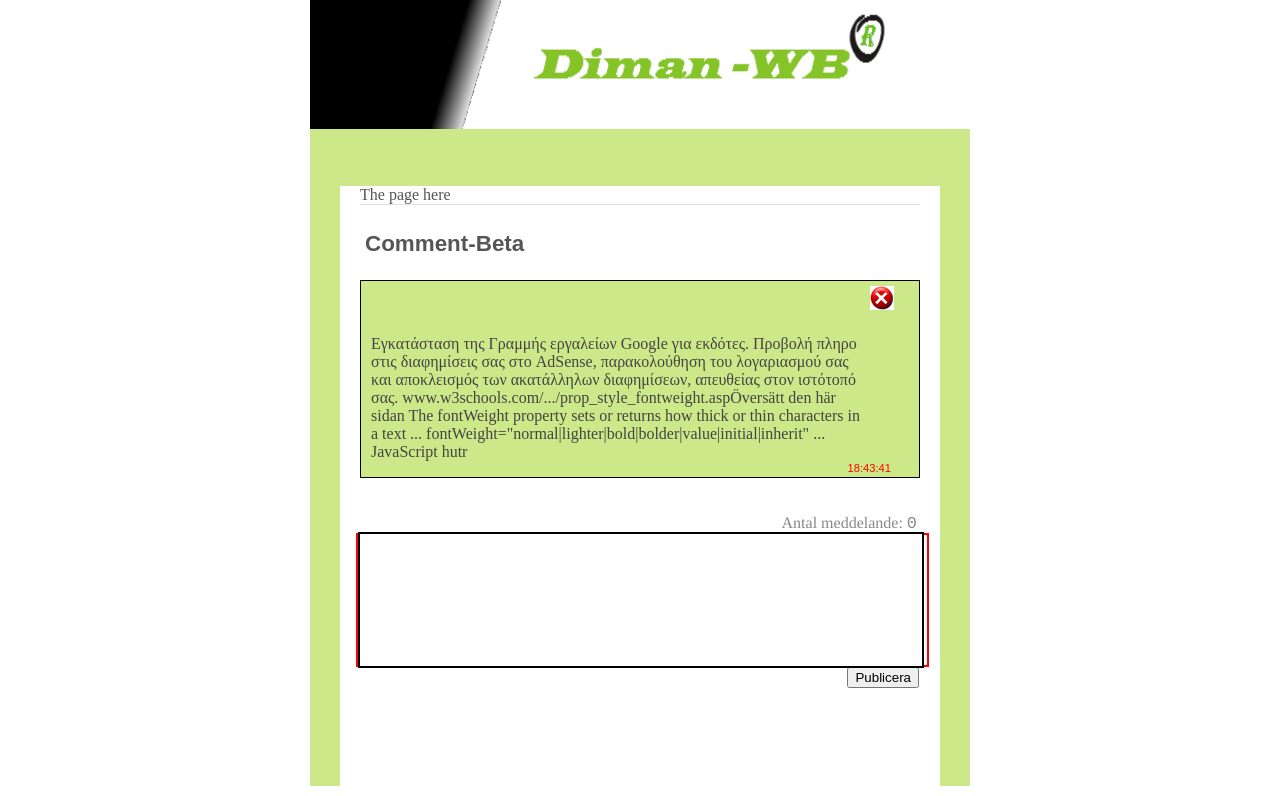
Repository: dn222em/1dv403-laborationer
Page: 2-labbymezzage/index.html
The author's editor kept a record of every edit. The page is drawn from the files as they stood at one moment, then again after the next edit.
The browser window is 1280 px wide. The pictures show the whole page.

Above is the page before.

### 2-labbymezzage/index.html
<!doctype html>
<html lang="sv">
<head>
        <script>
				document.createElement("header");
				document.createElement("hgroup");
				document.createElement("footer");
				document.createElement("article");
				document.createElement("main");
				document.createElement("section");
				document.createElement("nav");
				document.createElement("aside");
				document.createElement("address");
			</script>

        <meta charset="utf-8">
        <title>Labby mezzage</title>
        <link rel="stylesheet" href="style.css" />
        <script type="text/javascript" src="Message.js"></script>
        <script type="text/javascript" src="mess.js"></script>
        <script type="text/javascript" src="init.js"></script>
</head>
<body>
    <div id="container">
        <header>
			<h1>Blogg</h1>
		</header>
    <main>
        <div id="page">
            The page here
        </div>
             <div class="main-comment">
 <h3 class="comment-title">Comment-Beta</h3>
                 <div id="comments-list" class="comments-list">
                     <ul id="comment-holder" class="comment-holder">
                            <!--<div id="comment-date" class="comment-date">
               <h3 id="comment-date-given" class="comment-date-given">2014-11-28 18:43:41</h3>-->
                               </div>
                          <li class="comment-holder-li" >
                           <div id="comment-upp-buttons" class="comment-upp-buttons">
                                   <ul>
                                        <li><img id="delete-button" class="delete-button" src="pics/1.png" /></li>
                                   </ul>
                            </div>
                                 <p class="comment-paragraf">Εγκατάσταση της Γραμμής εργαλείων Google για εκδότες. Προβολή πληρο στις διαφημίσεις σας στο AdSense, παρακολούθηση του λογαριασμού σας και αποκλεισμός των ακατάλληλων διαφημίσεων, απευθείας στον ιστότοπό σας.
                               www.w3schools.com/.../prop_style_fontweight.aspÖversätt den här sidan
The fontWeight property sets or returns how thick or thin characters in a text ... fontWeight="normal|lighter|bold|bolder|value|initial|inherit" ... JavaScript hutr</p>
                            <div id="comment-date" clas="comment-date">
                               <code id="writen-date" class="writen-date">18:43:41</code>
                            </div>
                            </li>
                     </ul>
                 </div>
    <p id="count-comments" class="count-comments">Antal meddelande: <code id="count-length" class="count-length">0</code></p>
         <div class="comment-box">
            <textarea type="textarea" name="kommentar" id="comment-box"></textarea>
         </div>
         <div id="comment-publish-button">
             <input id="publish-button" type="button" name="submit" value="Publicera" />
         </div>
             </div>
    </main>
    </div>
</body>

</html>

### 2-labbymezzage/style.css
/*Reset-styleshhet
-----------------------------------------------------------------------------*/
/* http://meyerweb.com/eric/tools/css/reset/
   v2.0 | 20110126
   License: none (public domain)
*/

/*html, body, div, span, applet, object, iframe,
h1, h2, h3, h4, h5, h6, p, blockquote, pre,
a, abbr, acronym, address, big, cite, code,
del, dfn, em, img, ins, kbd, q, s, samp,
small, strike, strong, sub, sup, tt, var,
b, u, i, center,
dl, dt, dd, ol, ul, li,
fieldset, form, label, legend,
table, caption, tbody, tfoot, thead, tr, th, td,
article, aside, canvas, details, embed,
figure, figcaption, footer, header, hgroup,
menu, nav, output, ruby, section, summary,
time, mark, audio, video {
	margin: 0;
	padding: 0;
	border: 0;
	font-size: 100%;
	font: inherit;
	vertical-align: baseline;
}
 HTML5 display-role reset for older browsers
article, aside, details, figcaption, figure,
footer, header, hgroup, menu, nav, section {
	display: block;
}
body {
	line-height: 1;
}
ol, ul {
	list-style: none;
}
blockquote, q {
	quotes: none;
}
blockquote:before, blockquote:after,
q:before, q:after {
	content: '';
	content: none;
}
table {
	border-collapse: collapse;
	border-spacing: 0;
}
/*End of Reset - stylesheet
--------------------------------------------------------------------
/*CSS -Stylesheet
======================================================================================================*/
#container{
    width: 660px;
    height:auto;
	background-color:#cce889;/*#c2d8fc;*/
	margin:0 auto;
	padding:0;
	background-image:url("pics/20.png");
	background-repeat:no-repeat;
	background-size:660px 130px;
	margin-top:-22px;

}


h1{
	margin-bottom:50px;
}

main {

	background-color: #FFF;
	width: 600px;
	margin:10px auto 10px auto;
	height:600px;
	margin-top:150px;
}

.comment-paragraf{
	width:500px;
}
/*=======================================================p - total comments*/
.count-comments{
	font-size:1em;
	font-family:'Times';
	float:right;
	margin-right:23px;
	margin-bottom:-3px;
	color:#888;
}

.count-length{
	font-size:1.3em;

}

/*=========================================================page*/
#page{
	width:auto;
	height:auto;
	color:#555;
	margin:20px;
	border-bottom:1px solid #e1e1e1;
}

/*==========================================================comment area*/
.main-comment{
	margin:20px;
	width:auto;
	height:auto;
	color:#444;

}

.comment-title{
	height:45px;
	line-height:37px;
	font-size:1.4em;
	font-family:'Arial';
	margin:0 5px 0 5px;
	color:#555;

}

/*====================================================posted comments*/
.comments-list{
	font-size:1em;
	font-family:'Times';
	margin:10px 5px 10px 5px;
	color:#555;
	color:#766;

}

#comment-holder{
	list-style-type:none;
	margin:0px;
	padding:0px;
	width:auto;
	height:auto;
}


.comment-holder-li{
	list-style-type:none;
	margin:10px 0px 10px 0px;
 	border:1px solid black;/*#e1e1e1;*/
 	padding-left:10px;
 	padding-right:10px;
	background-color:#cce889;
	min-height:80px;
	display:block;


}

.comment-holder-li:hover{
	background-color:#FDB;
}

/*=======================================================date*/
.comment-date{
	float:right;
}

.writen-date{

	font-family:Arial;
	color:red;
	font-size:0.7em;
	float:right;
	position: relative;
	margin-right:18px;
	padding-top:10px;
	margin-top:-25px;

}


/*========================================================buttons*/

.comment-upp-buttons ul{
    margin: 10px;
    padding: 5px;

}

.comment-upp-buttons li{

   	width: 60px;
    display: inline;
    border:none;
	list-style-type: none;
	padding: 10px;


}

.date-button, .delete-button{
	width: 60px;
    display: inline;
	float:right;
	position: relative;
	width:24px;
	height:24px;
	top:-10px;
	cursor:pointer;


}

.date-button:hover{
	-webkit-transform: scale(1.2);
    -moz-transform: scale(1.2);
    transform: scale(1.2);
}
.date-button:active{
	-webkit-transform: scale(1);
    -moz-transform: scale(1);
    transform: scale(1);
}

.delete-button:hover{
	-webkit-transform: scale(1.2);
    -moz-transform: scale(1.2);
    transform: scale(1.2);
}
.delete-button:active{
	-webkit-transform: scale(1.0);
    -moz-transform: scale(1.0);
    transform: scale(1.0);
}


/*==================================================comments textarea*/
.comment-box{
	height:130px;
	border:2px solid red;
	width:auto;
	margin:5px;
	margin-right:11px;
	margin-left:16px;
	margin-top:55px;
	min-height:100px;


}

#comment-box{
	width:98%;
	color:#223;/*#272426;*/
	height:98%;
	position:relative;
	resize:none;
	border:2px solid black;
	margin-top:-3px;


}

#comment-box:hover{
	border:2px solid #279521;
}

#comment-publish-button{
	margin-top:-5px;
	float:right;
	margin-right:21px;

}
#publish-button{
	cursor:pointer;
}

### 2-labbymezzage/Message.js
"use strict";

/* Denna "klass" skapar vi Message-objekt utifrån.
 * Vi kapslar in privata variabler med getters och setters.
*/
    function Message (message, date){

        this.getText = function(){ return this.message; };
        this.setText = function(_message){
            if(typeof _message === "undefined" || _message.trim() ==="" ){
                console.log("Textarean är tom!");
            }
            this.message = _message;};

        this.getNewDate = function(){ return this.date;};
        this.setNewDate = function(_date){ this.date = _date;};
    }

    Message.prototype.toString = function (){
        return this.getText();// +"<br/>"+"<br/>" +" (" + this.getNewDate() + ") ";
    };

    Message.prototype.getHTMLText = function (){return Message.toString().replace(/[\n\r]/gi, "<br />");};
/* function Message (message, date){

        this.message;
        this.date;
    }

    Message.prototype.getText = function(){
        return this.message;
    };

    Message.prototype.setText = function(newText){

        if(typeof newText ==="undefined" || newText.trim() ===""){

            console.log("Textarean är tom!");
        }

        this.message = newText;
    };

     Message.prototype.getDate = function(){
        return this.date;
    };
    Message.prototype.setDate = function(newDate){

       this.date = newDate;
    };

    Message.prototype.toString = function (){

        return this.getText() +"<br/>"+"<br/>" +" (" + this.getDate() + ") ";
    };

/*function Message (message, date){

    this.getText = function () {return message;};
    this.setText = function (_text) { message = _text;};

    this.getDate = function () {return date;};
    this.setDate = function (_date) { };

}

Message.prototype.toString = function (){

    return this.getText() +" (" + this.getDate() + ") ";
};
Message.prototype.getHTMLText = function (){};
Message.prototype.getDateText = function (){};*/

### 2-labbymezzage/mess.js
"use strict";

var MessageBoard  = {

    messages : []





};

### 2-labbymezzage/init.js
"use strict";

/* I denna fil körs vår applikation.
 * Vi använder window.onload för att starta applikationen när
 * fönstret laddat klart. *
 */

window.onload = function(){


    var now = new Date();//.toLocaleString();
    var publish = document.getElementById("publish-button");

    var message = new Message();
	var messages = [];
	var ul = document.getElementById("comment-holder");
	var li = null;//document.createElement("li");
    var idCounter=0;
	var div1 = null;
	var div2 = null;
	var div3 = null;
	var div4 = null;
	var div5 = null;
	var div6 = null;
	var div7 = null;
	var div8 = null;
	var p = null;
    var paragr = document.getElementById("count-comments");
    var messageBirth;
    var subText = null;//

    publish.onclick = createMessage;

    var shiftEnterKey = document.getElementById("comment-box");
    shiftEnterKey.onkeypress = function ( e) {

        if(e.keyCode == 13 && !e.shiftKey) {
            createMessage();
        }
        else if (e.keyCode == 13 && e.shiftKey) {
                //shiftEnterKey.value+='<br  />';//
            }
        };

    /*var enterKey = document.getElementById("comment-box");
    enterKey.onkeypress = function (e) {
        if(e.keyCode === 13){
            createMessage();
        }
    };

	/*ul = document.createElement("ul");
	document.getElementById("comments-list").appendChild(ul);
	ul.id = "comment-holder";*/


    function createMessage(){

		message.setText(document.getElementById("comment-box").value);

		if(message.message === "" || document.getElementById("comment-box").value.trim() ===""){
            document.getElementById("comment-box").style.backgroundColor =" #e1e1e1";
            document.getElementById("comment-box").style.border="1px solid red";
            document.getElementById("comment-box").value = "Du måste skriva något för att kommentera";

            var delay=1000;

            setTimeout(function(){
                document.getElementById("comment-box").style.backgroundColor ="white";
                document.getElementById("comment-box").style.border = "1px solid #cce889";
		        document.getElementById("comment-box").value = "";
            },delay);
		return;
		}


		message.setNewDate(now);
		if(shiftEnterKey){
        subText = message.toString();
        var kaka = subText.replace(/[\n\r]/g, "<br />");
        message.setText(kaka);
		}

		pushUp(message);
		idCounter++;
		createElements(message);
		document.getElementById("comment-box").value = null;

    }

    function pushUp(message){
        return messages.push(message);
    }

    function createElements(message){

        //div6 = document.getElementById("count-length");
        //paragr.removeChild(div6);
        div6 = document.getElementsByClassName("count-length");
	    while(div6[0]) {
         div6[0].parentNode.removeChild(div6[0]);
        }

	    li = document.createElement("li");
    	document.getElementsByClassName("comment-holder")[0];//.appendChild(li);
    	//li.innerHTML = message.message;//toString();//message.message;
        li.className ="comment-holder-li";
	    li.id = idCounter+"li";

	    ul.appendChild(li);

    	ul.insertBefore(li, ul.childNodes[0]);

        p=document.createElement("p");
        document.getElementById(li.id).appendChild(p);
        p.className ="comment-paragraf";
        li.appendChild(p);
        p.innerHTML = message.message;

	    div1 = document.createElement("div");
        document.getElementById(li.id).appendChild(div1);
        //document.getElementsByClassName("comment-holder-li")[0];
        div1.className = "comment-upp-buttons";
        div1.id = idCounter+"comment-upp-buttons";
        div1.innerHTML;
        li.appendChild(div1);

        div2 = document.createElement("ul");
        document.getElementById(div1.id).appendChild(div2);
        //document.getElementsByClassName("comment-upp-buttons")[0];
        div2.id = idCounter+"ul2";
        div2.innerHTML;
        div1.appendChild(div2);

        div3 = document.createElement("li");
        document.getElementById(div2.id).appendChild(div3);
        div3.id = idCounter+"li2";
        div3.innerHTML;
        div2.appendChild(div3);

        div4 = document.createElement("img");
        document.getElementById(div3.id).appendChild(div4);
        div4.id = idCounter+"date-button";
        div4.className = "date-button";
        div4.innerHTML;
        div3.appendChild(div4);
        div4.setAttribute("src", "pics/TIMER.png");
        div4.setAttribute("onClick", "");
        //div4.onclick = showDate;
        div4.addEventListener("click", showDate);

        div5 = document.createElement("img");
        document.getElementById(div4.id).appendChild(div5);
        div5.className ="delete-button";
        div5.id =idCounter+ "delete-button";
        div3.appendChild(div5);
        div5.innerHTML;
        div5.setAttribute("src", "pics/DELETE.png");
        div5.setAttribute("onClick", "");
        //div5.onclick = deleteMessage;
        div5.addEventListener("click", deleteMessage);


        div8 = document.createElement("div");
        document.getElementsByClassName(li.id)[1];//.appendChild(div8);
        div5.appendChild(div8);
        div8.id = idCounter+"comment-date";
        div8.className ="comment-date";
        li.appendChild(div8);

        div7 = document.createElement("code");
        document.getElementById(div8.id).appendChild(div7);
        div7.className = "writen-date";
        div7.id = idCounter+"writen-date";
        div8.appendChild(div7);
        div7.innerHTML= showTime(message.date);


        div6 = document.createElement("code");
        document.getElementById("count-comments").appendChild(div6);
        div6.id = idCounter+"count-length";
        div6.className = "count-length";
        paragr.appendChild(div6);

        div6.innerHTML= messages.length;
    }

    function showTime(str){


        str  = message.date;

		//Create a new date-object to find the exact day.
	    messageBirth = new Date((-(-str - now))-now );

        var hours = messageBirth.getHours();
        var minutes = messageBirth.getMinutes();
        var seconds = messageBirth.getSeconds();

        //messageBirth.getHours()+":"+messageBirth.getMinutes()+":"+messageBirth.getSeconds()
        if(hours < 10){
            hours ="0"+hours;
        }
        if (minutes < 10){
            minutes="0"+minutes;
        }
        if(seconds < 10){
            seconds ="0"+seconds;
        }
        var time = hours+":"+minutes+":"+seconds;
        return time;

    }

    function showDate(str){

         str  = message.date;
         var timeNew = showTime(str);

        //Create two Arrays with Swedish names for days and months!
		var dayName=["Söndag", "Måndag", "Tisdag", "Onsdag", "Torsdag", "Fridag", "Lördag"];
		var monthName=["Jenuari", "Februari", "Mars","April", "Maj", "Juni", "Juli", "Augusti", "September", "Oktober", "November", "December"];


		//Create a new date-object to find the exact day.
	    messageBirth= new Date((-(-str - now))-now );

	    var dateCreation = dayName[messageBirth.getDay()] +" "+messageBirth.getDate()+ " "+monthName[messageBirth.getMonth()]+" "+messageBirth.getFullYear() +"   ";
		//Precentate date and time
        var str1 = "Meddelandet skapades " +dateCreation+timeNew;
        alert(str1);
    }

   function deleteMessage(str){

        var a = str.target.nodeName;
        var a = str.target.id;
        var b =a.replace('delete-button','');
        var c = b +"li";


        if (confirm("Vill du verkligen radera meddelandet?")){
            var x = document.getElementById(c);
            x.remove(x.selectedIndex);
            div6.innerHTML= --messages.length;
        }
   }

};

After the next edit:
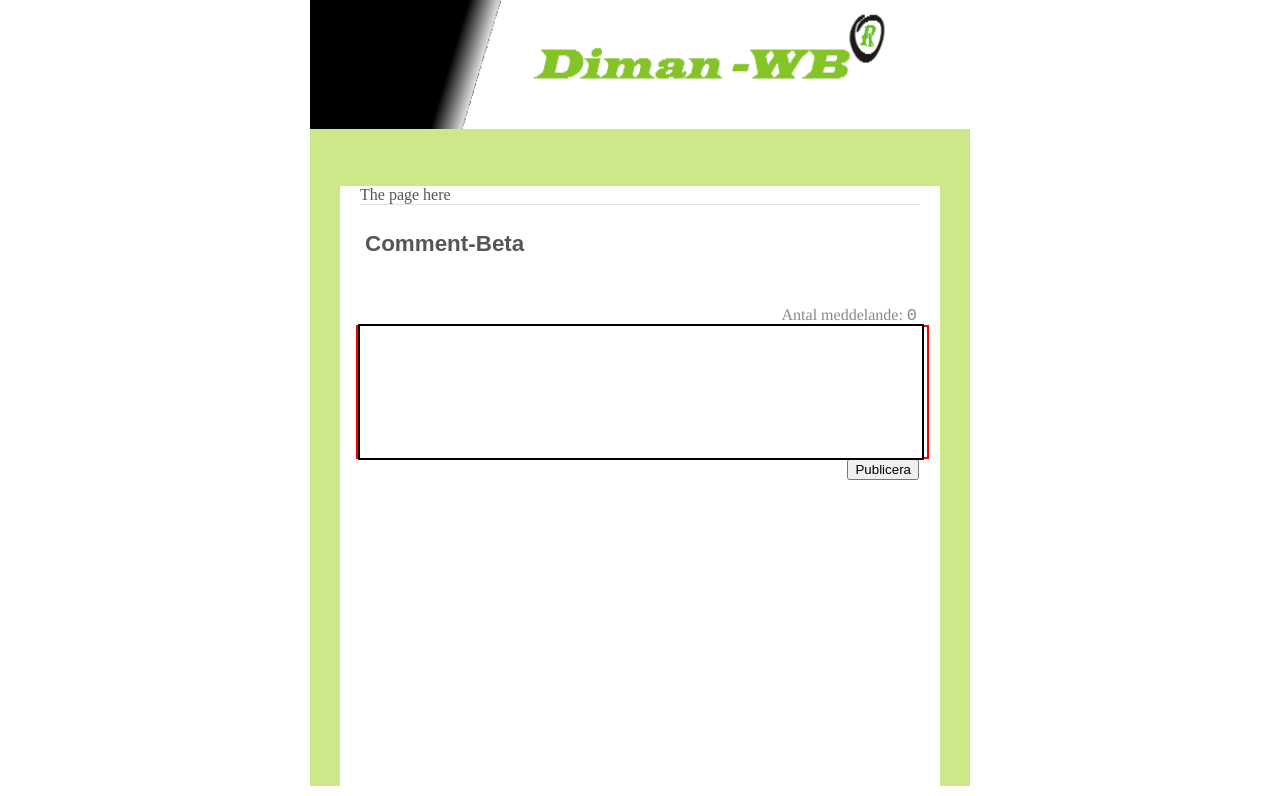
The edit:
--- a/2-labbymezzage/index.html
+++ b/2-labbymezzage/index.html
@@ -36,20 +36,7 @@
                             <!--<div id="comment-date" class="comment-date">
                <h3 id="comment-date-given" class="comment-date-given">2014-11-28 18:43:41</h3>-->
                                </div>
-                          <li class="comment-holder-li" >
-                           <div id="comment-upp-buttons" class="comment-upp-buttons">
-                                   <ul>
-                                        <li><img id="delete-button" class="delete-button" src="pics/1.png" /></li>
-                                   </ul>
-                            </div>
-                                 <p class="comment-paragraf">Εγκατάσταση της Γραμμής εργαλείων Google για εκδότες. Προβολή πληρο στις διαφημίσεις σας στο AdSense, παρακολούθηση του λογαριασμού σας και αποκλεισμός των ακατάλληλων διαφημίσεων, απευθείας στον ιστότοπό σας.
-                               www.w3schools.com/.../prop_style_fontweight.aspÖversätt den här sidan
-The fontWeight property sets or returns how thick or thin characters in a text ... fontWeight="normal|lighter|bold|bolder|value|initial|inherit" ... JavaScript hutr</p>
-                            <div id="comment-date" clas="comment-date">
-                               <code id="writen-date" class="writen-date">18:43:41</code>
-                            </div>
-                            </li>
-                     </ul>
+
                  </div>
     <p id="count-comments" class="count-comments">Antal meddelande: <code id="count-length" class="count-length">0</code></p>
          <div class="comment-box">
